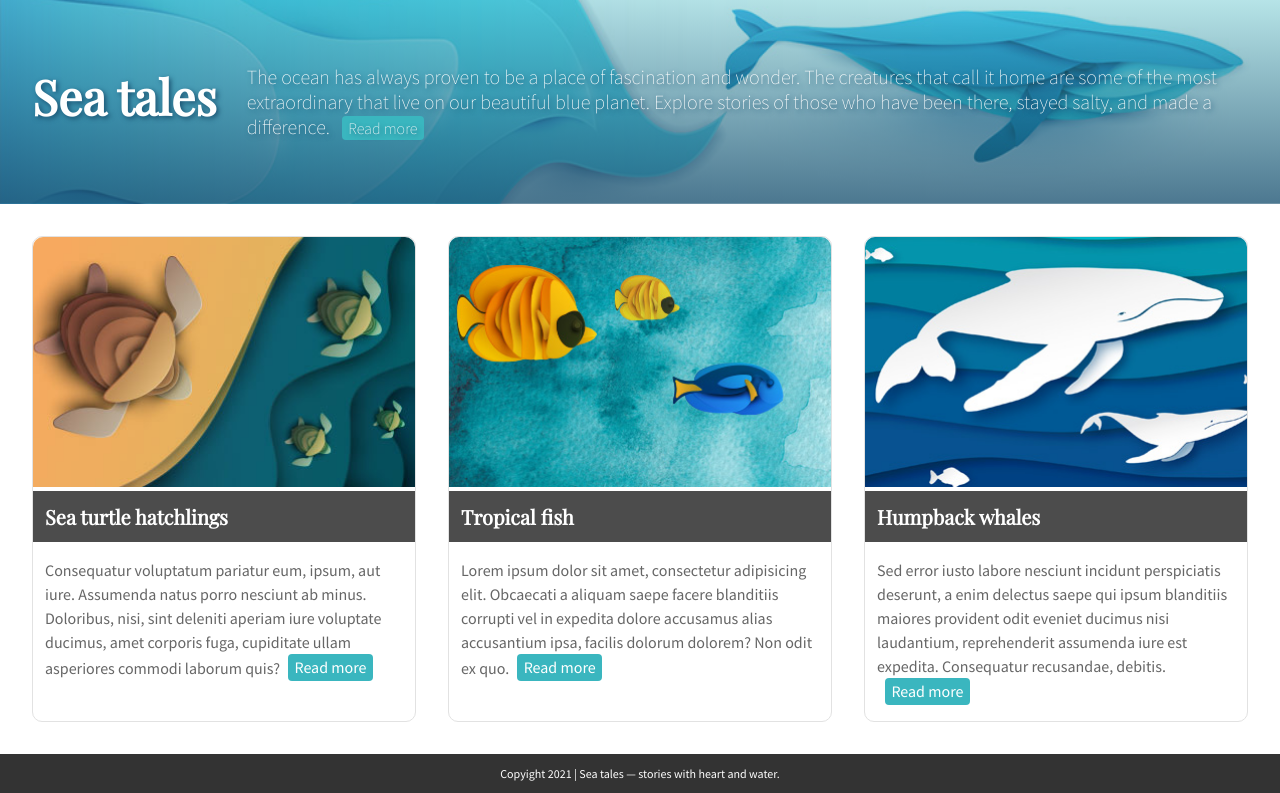
Repository: mariocapitbrok/css-combining-grid-and-flexbox-0305
Page: index.html
These files come from the project's save history. The page is drawn as it stood at one moment and after the next save; the edit follows.
The browser window is 1280 px wide. The pictures show the whole page.

Above is the page before, as saved 2022-10-08 06:29:08.

### index.html
<!DOCTYPE html>
<html lang="en">
<head>
    <meta charset="UTF-8">
    <meta name="viewport" content="width=device-width, initial-scale=1.0">
    <title>Responsive webpage using flex and grid</title>
    <link rel="stylesheet" href="styles/base.css">
</head>
<body>

<main class="wrapper">
    <section class="hero">
        <h1>Sea tales</h1>
        <p>The ocean has always proven to be a place of fascination and wonder. The creatures that call it home are some of the most extraordinary that live on our beautiful blue planet. Explore stories of those who have been there, stayed salty, and made a difference. <a href="#">Read more</a></p>
    </section>
    <section class="stories">
       <article>
            <figure>
                <img src="images/s1.jpg" alt="sea tales">
                <figcaption>
                    <h3>Sea turtle hatchlings</h3>
                </figcaption>
            </figure>
            <p>Consequatur voluptatum pariatur eum, ipsum, aut iure. Assumenda natus porro nesciunt ab minus. Doloribus, nisi, sint deleniti aperiam iure voluptate ducimus, amet corporis fuga, cupiditate ullam asperiores commodi laborum quis?<a href="">Read more</a></p>
        </article>

        <article>
            <figure>
                <img src="images/s2.jpg" alt="sea tales">
                <figcaption>
                    <h3>Tropical fish</h3>
                </figcaption>
            </figure>
            <p>Lorem ipsum dolor sit amet, consectetur adipisicing elit. Obcaecati a aliquam saepe facere blanditiis corrupti vel in expedita dolore accusamus alias accusantium ipsa, facilis dolorum dolorem? Non odit ex quo.<a href="">Read more</a></p>
        </article>

        <article>
            <figure>
                <img src="images/s3.jpg" alt="sea tales">
                <figcaption>
                    <h3>Humpback whales</h3>
                </figcaption>
            </figure>
            <p>Sed error iusto labore nesciunt incidunt perspiciatis deserunt, a enim delectus saepe qui ipsum blanditiis maiores provident odit eveniet ducimus nisi laudantium, reprehenderit assumenda iure est expedita. Consequatur recusandae, debitis.<a href="">Read more</a></p>
        </article>
    </section>
</main>

<footer>
    <p>Copyight 2021 | Sea tales &mdash; stories with heart and water.</p>
</footer>


</body>
</html>

### styles/base.css
@import url('https://fonts.googleapis.com/css?family=Playfair+Display|Source+Sans+Pro:200,400');

* {
    box-sizing: border-box;
    padding: 0;
    margin: 0;
}

body {
    font-family: 'Source Sans Pro', sans-serif;
}

h1, h2, h3, h4, h5, h6 {
    font-family: 'Playfair Display', serif;
}

a {
    background-color: #3ab6bf;
    text-decoration: none;
    color: white;
    border-radius: .25rem;
    display: inline-block;
    padding: .1em .4em;
    margin-left: .5em;
}

main.wrapper {
    max-width: 1300px;
    margin: auto;
}

/* HEADER */
.hero {
    background: linear-gradient(#3ab6bf5e, #1a5271c7), url('../images/hero.jpg') no-repeat top right;
    background-size: cover;
    color: #fff;
    padding: 2rem;
}

.hero h1 {
    font-size: 3rem;
    text-shadow: 2px 2px 5px #1a5271;
    margin-right: 30px;
}

.hero p {
    font-size: 1.25rem;
    font-weight: 200;
    text-shadow: 2px 2px 5px #1a5271;
}

.hero a {
    font-size: 1rem;
}


/* STORIES */
.stories {
    padding: 2rem;
    display: grid;
    grid-template-columns: auto;
    grid-gap: 2rem
}

.stories article {
    border: 1px solid #e2e2e2;
    border-radius: 10px;
}

.stories figure {

}

.stories img {
    border-top-left-radius: 10px;
    border-top-right-radius: 10px;
    object-fit: cover;
    width: 100%;
    height: 250px;
}

.stories figcaption {
   background-color: rgba(0,0,0,.7);
   width: 100%;
}

.stories figcaption h3 {
   color: white;
   padding: .75rem;
   font-size: 1.25rem;
}

.stories p {
   font-size: 1rem;
   line-height: 1.5;
   padding: 1rem .75rem;
   color: #666666;

}

/* FOOTER */
footer {
   background-color: #333;
   padding: .75rem;
   color: white;
   text-align: center;
   font-size: .75rem;
}


/* MEDIA QUERY */
@media screen and (min-width: 800px) {
    .hero {
        background-position: center center;
        padding: 4em 2em;
        display: flex;
    }

    .hero h1 {
        text-align: right;
        max-width: 50%;
        margin-left: auto;
    }

    .hero p {
        flex: 1;
    }

    .stories {
        grid-template-columns: repeat(auto-fit, minmax(320px, 1fr));
    }

}

After the next save:
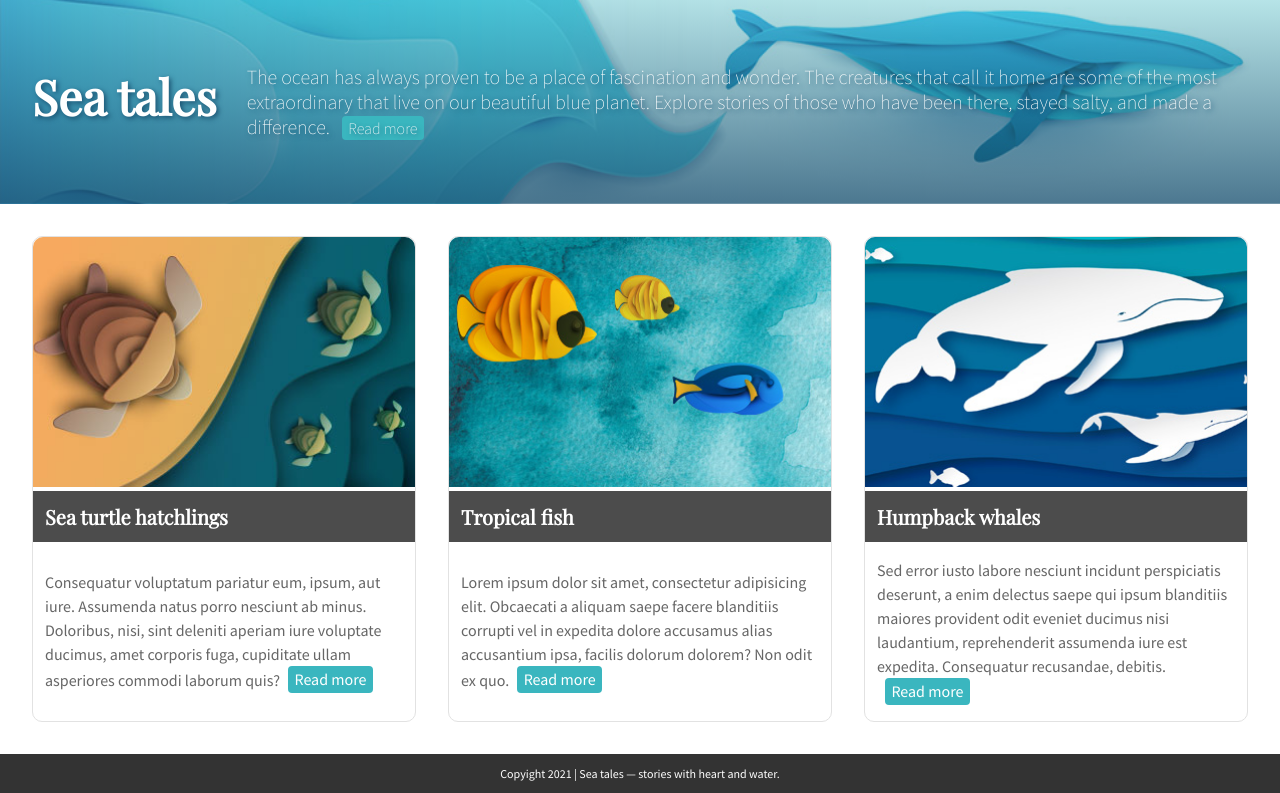
Saved 4 min 42 s later.
--- a/styles/base.css
+++ b/styles/base.css
@@ -65,6 +65,8 @@ main.wrapper {
 .stories article {
     border: 1px solid #e2e2e2;
     border-radius: 10px;
+    display: grid;
+    grid-template-columns: repeat(auto-fit, minmax(300px, 1fr));
 }
 
 .stories figure {
